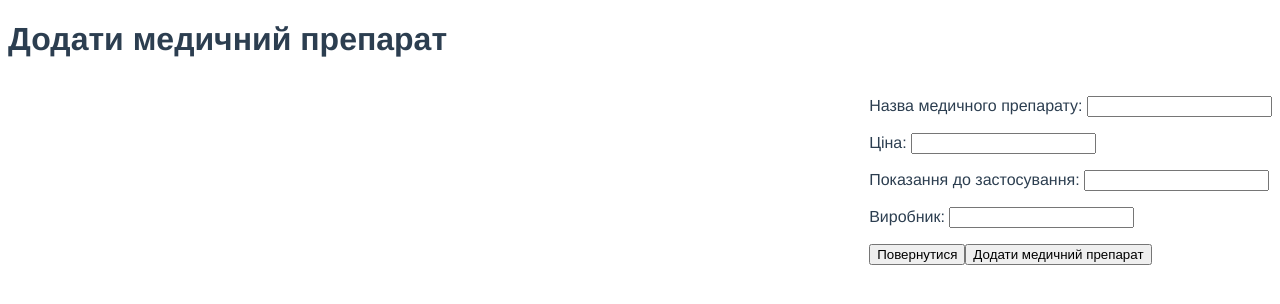
Repository: kristinap8/pharmacy
Page: /add_medicine
The author's editor kept a copy of each file at every save. The page is drawn from the files as they stood at one save, then again after the next save.
The browser window is 1280 px wide. The pictures show the whole page.
The project was rebuilt for these pictures with package versions that can differ from the ones it lists, and the page was loaded fresh each time. Also part of the build but not shown: src/components/EditMedicineForm/index.vue, src/pages/EditMedicine/index.vue, src/components/MedicinesList/MedicineCard/index.vue, src/components/MedicinesList/index.vue, src/pages/AllMedicines/index.vue, src/components/CartForm/index.vue, src/pages/Cart/index.vue.

Above is the page before, as saved 2020-12-09 23:16:51.

After the next save:
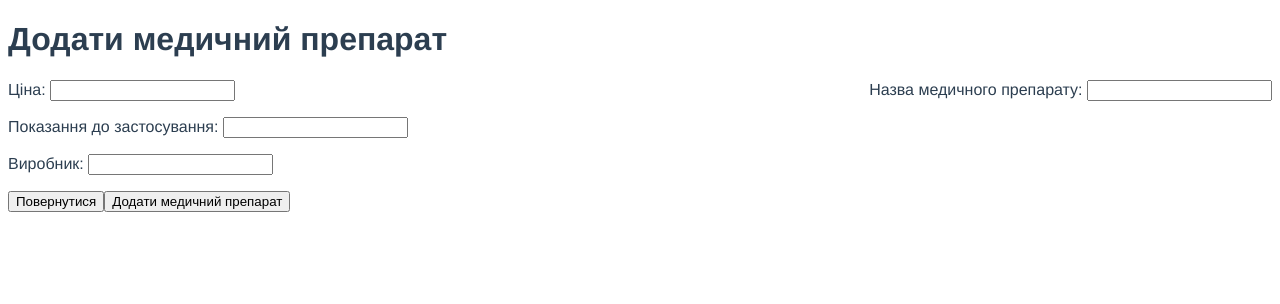
Saved 33 s later.
--- a/src/components/AddMedicineForm/index.vue
+++ b/src/components/AddMedicineForm/index.vue
@@ -1,9 +1,8 @@
 <template>
     <div>
         <h1>Додати медичний препарат</h1>
-    <div class="form">
-    <p>
-    <label>
+      <p>
+    <label class="form">
         Назва медичного препарату:
         <input type="text" v-model="name"/>
     </label>
@@ -32,7 +31,6 @@
         Додати медичний препарат
     </button>
     </p>
-    </div>
     </div>
 </template>
 
